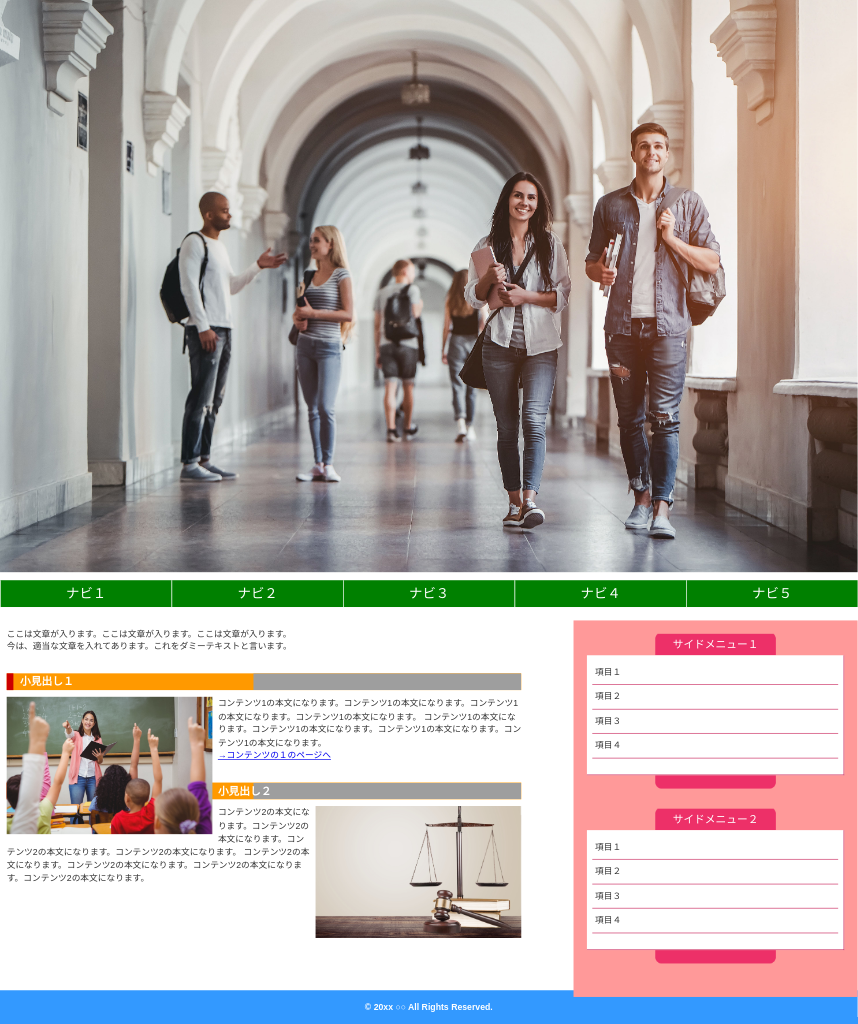
Repository: k-s-k119/samurai_HTML-CSS
Page: index.html
The author's editor kept a record of every edit. The page is drawn from the files as they stood at one moment, then again after the next edit.
The browser window is 1280 px wide. The pictures show the whole page, at 67% of full size.
Pictures or frames that could not be fetched are drawn as grey boxes.

Above is the page before.

### index.html
<!DOCTYPE html>
<html lang="ja">
  <head>
    <meta charset="UTF-8">
    <title>HTML/CSSの学習</title>
    <link rel="stylesheet" href="stylesheet.css">
  </head>
  <body>
    <div id="header">
      <h1>
        <a href="index.html">
          <img id="corridor" src="images/corridor.jpg" alt="大学の廊下" />
        </a>
      </h1>
    </div>
    <div id="wrapper">
      <div id="nav">
        <ul>
          <li><a href="home.html">ナビ１</a></li>
          <li><a href="#">ナビ２</a></li>
          <li><a href="#">ナビ３</a></li>
          <li><a href="#">ナビ４</a></li>
          <li><a href="#">ナビ５</a></li>
        </ul>
      </div>
      <div id="container">
        <div id="main">
          <div class="post">
            <p>ここは文章が入ります。ここは文章が入ります。ここは文章が入ります。<br />今は、適当な文章を入れてあります。これをダミーテキストと言います。</p>
          </div>
          <div class="post clearfix">
            <h2>小見出し１</h2>
            <img class="left" src="images/classroom.jpg" alt="授業風景" />
            <p>
              コンテンツ1の本文になります。コンテンツ1の本文になります。コンテンツ1の本文になります。コンテンツ1の本文になります。
              コンテンツ1の本文になります。コンテンツ1の本文になります。コンテンツ1の本文になります。コンテンツ1の本文になります。
            </p>
            <p><a href="#">→コンテンツの１のページへ</a></p>
          </div>
          <div class="post clearfix">
            <h2>小見出し２</h2>
            <img class="right" src="images/scale.jpg" alt="天秤" />
            <p>
              コンテンツ2の本文になります。コンテンツ2の本文になります。コンテンツ2の本文になります。コンテンツ2の本文になります。
              コンテンツ2の本文になります。コンテンツ2の本文になります。コンテンツ2の本文になります。コンテンツ2の本文になります。
            </p>
          </div>
        </div>
        <div id="side">
          <div class="box">
            <h2>サイドメニュー１</h2>
            <div class="boxBody">
              <ul>
                <li>項目１</li>
                <li>項目２</li>
                <li>項目３</li>
                <li>項目４</li>
              </ul>
            </div>
          </div>
          <div class="box">
            <h2>サイドメニュー２</h2>
            <div class="boxBody">
              <ul>
                <li>項目１</li>
                <li>項目２</li>
                <li>項目３</li>
                <li>項目４</li>
              </ul>
            </div>
          </div>
        </div>
      </div>
    </div>
    <div id="footer">
      <p>&copy; 20xx ○○ All Rights Reserved.</p>
    </div>
  </body>
</html>

### stylesheet.css
@charset "utf-8";

body {
		margin: 0;
		padding: 0;
		font-family: "ヒラギノ角ゴ Pro W3", "Hiragino Kaku Gothic Pro", "メイリオ", Meiryo, Osaka, "ＭＳ Ｐゴシック", "MS PGothic", sans-serif;
		color: #333;
		font-size: 13px;
		line-height: 150%;
}

#wrapper {
		width: 100%;
		margin: auto;
		padding: 0px;
		border: 0px;
		background-color: #FFF;
		top: 10px;
		position: relative;
}
#header {
		width: 100%;
}
#header {
		margin: 0;
		padding: 0;
}

h1 {
		margin: 0px;
}
#corridor {
		width: 100%;
		height: auto;
}

#footer {
		clear: both;
		width: 100%;
		padding: 3px 0 3px 0;
		background: #39F;
		color: #FFF;
		font-weight: bold;
		text-align: center;
}

#nav {
		width: 100%;
}
#nav ul {
		display: flex;
		margin: 0;
		padding: 0;
		list-style-type: none;
}
#nav ul li {
		width: 20%;
		text-align: center;
}
#nav ul li a {
		display: block;
		height: 20px;
		margin: 0;
		padding: 10px;
		color: #FFF;
		font-size: 20px;
		text-decoration: none;
		background-color: green;
	border-left: 1px solid white;
}

#nav ul li a:hover {
		filter: drop-shadow(10px 10px 10px black);
}

#container {
		width: 100%;
		margin: auto;
		padding: auto;
		padding-top: 20px;
		clear: both;
}
#main {
		float: left;
		width: 60%;
		padding: 10px 30px 10px 10px;
}
#main h2 {
		margin: 0 0 10px 0;
		padding: 3px 10px 3px 10px;
		color: #FFF;
		font-size: 16px;
		border-left: solid 10px #C00;
		background: #F90 url(../images/main_h2.jpg) right top repeat-y;

}
#main p {
		margin: 0;
		padding: 0;
}
#main .post {
		margin: 0 0 30px 0;
}
#main .post img.right {
		margin: 0 0 0 8px;
}
#main .post img.left {
		margin: 0 8px 0 0;
}
.right {
		float: right;
		width: 40%;
		height: auto;
}
.left {
		float: left;
		width: 40%;
		height: auto;
}
.clearfix {
		zoom: 1;
}
.clearfix: after {
		content: "";
		display: block;
		clear: both;
}
#side {
		float: right;
		width: 30%;
		padding: 20px;
		background-color: #F99;
}
#side .box {
		margin: 0 auto 30px auto;
		padding: 0 0 20px 0;
		background: url(images/side_box.png) bottom no-repeat;
}
#side .box h2 {
		margin: 0;
		padding: 8px;
		text-align: center;
		color: #fff;
		font-size: 16px;
		line-height: 16px;
		font-weight: normal;
		background: url(images/side_box_h2.png) center no-repeat;
}
#side .box .boxBody {
		padding: 8px;
		border-right: solid 1px #C36;
		border-bottom: solid 1px #C36;
		border-lift: solid 1px #C36;
		background: #fff;
}
#side .box .boxBody ul {
		margin: 0 0 16px 0;
		padding: 0;
}
#side .box .boxBody ul li {
		padding: 8px 0 8px 4px;
		list-style: none;
		border-bottom: solid 1px #C36;
}

#side .box .boxBody ul li:hover {
		padding: 8px 0 8px 4px;
		list-style: none;
		border-bottom: solid 1px #C36;
		box-shadow: 0px 4px 4px rgba(0, 0, 0, 0.3);
}

After the next edit:
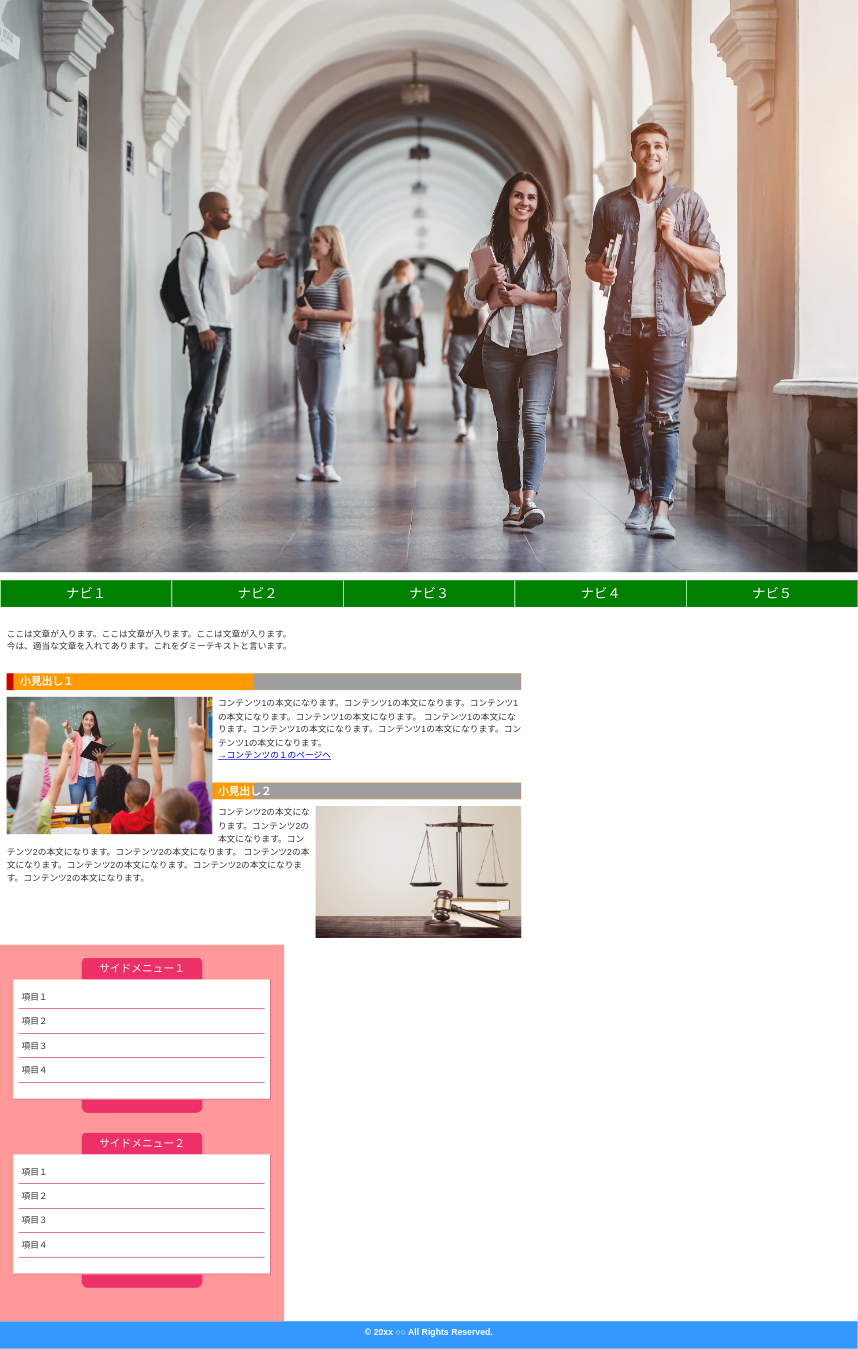
The edit:
--- a/stylesheet.css
+++ b/stylesheet.css
@@ -79,6 +79,8 @@
 		padding: auto;
 		padding-top: 20px;
 		clear: both;
+		display: grid;
+		grid-template-column
 }
 #main {
 		float: left;
